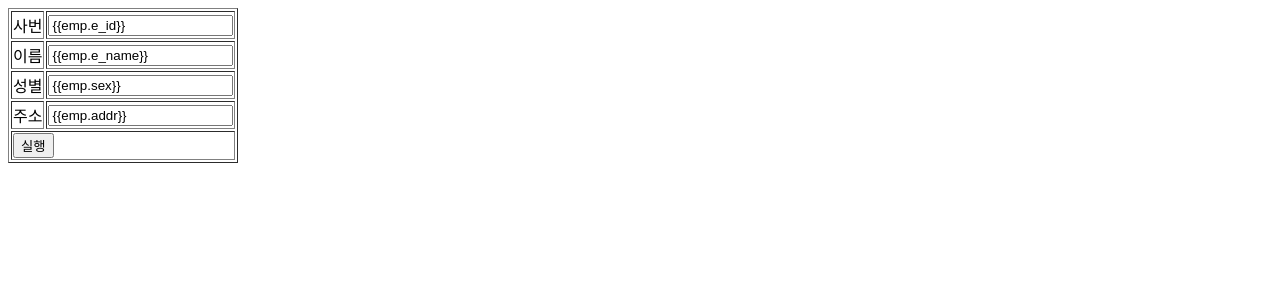
Repository: yhj961120/python-basic
Page: HELLO PYTHON/day10/templates/emp_add.html
The author's editor kept a copy of each file at every save. The page is drawn from the files as they stood at one save, then again after the next save.
The browser window is 1280 px wide. The pictures show the whole page.

Above is the page before, as saved 2022-07-07 00:27:42.

After the next save:
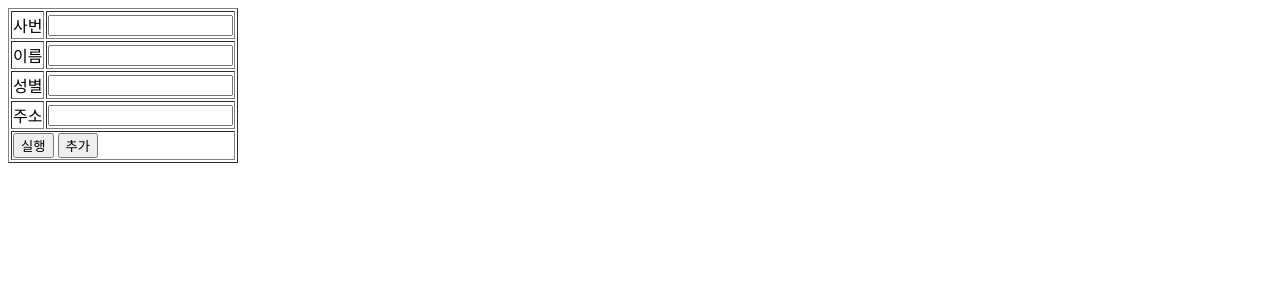
Saved 18 s later.
--- a/HELLO PYTHON/day10/templates/emp_add.html
+++ b/HELLO PYTHON/day10/templates/emp_add.html
@@ -11,23 +11,24 @@
 <table border="1px">
 	<tr>
 		<td>사번</td>
-		<td><input type="text" name="e_id" value="{{emp.e_id}}" /></td>
+		<td><input type="text" name="e_id" value="" /></td>
 	</tr>
 	<tr>
 		<td>이름</td>
-		<td><input type="text" name="e_name" value="{{emp.e_name}}" /></td>
+		<td><input type="text" name="e_name" value="" /></td>
 	</tr>
 	<tr>
 		<td>성별</td>
-		<td><input type="text" name="sex" value="{{emp.sex}}" /></td>
+		<td><input type="text" name="sex" value="" /></td>
 	</tr>
 	<tr>
 		<td>주소</td>
-		<td><input type="text" name="addr" value="{{emp.addr}}" /></td>
+		<td><input type="text" name="addr" value="" /></td>
 	</tr>
 	<tr>
 		<td colspan="2">
 			<input type="submit" value="실행" />
+			<input type="submit" value="추가" />
 		</td>
 	</tr>
 </table>
